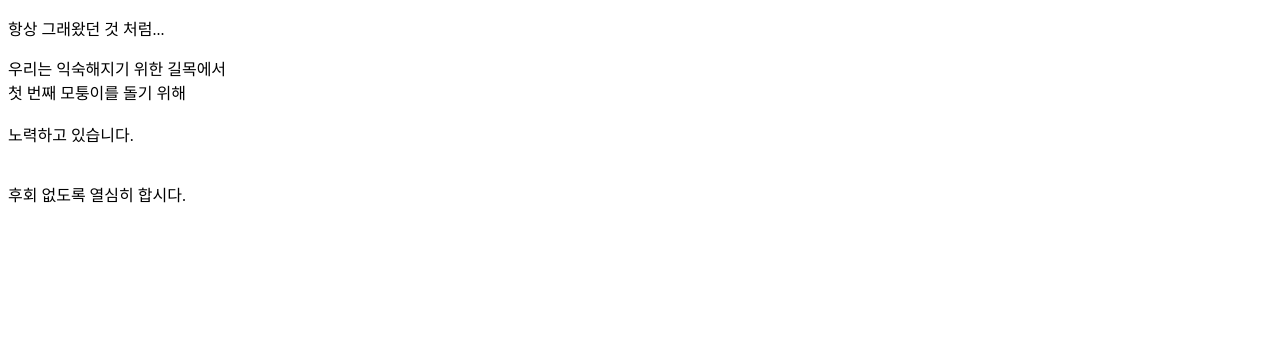
Repository: yhj4130/WebStudy
Page: WebApp01/WebContent/Test001.html
These files come from the project's save history. The page is drawn as it stood at one moment and after the next save; the edit follows.
The browser window is 1280 px wide. The pictures show the whole page.

Above is the page before, as saved 2019-04-29 07:05:30.

After the next save:
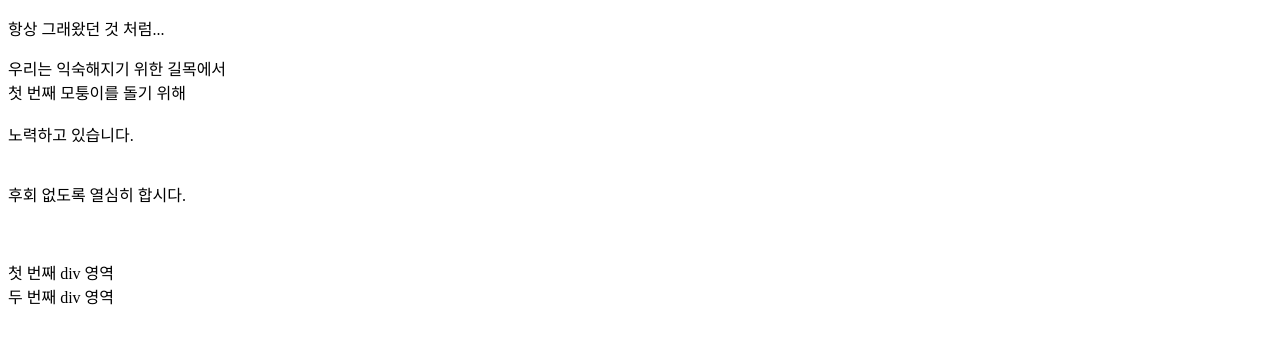
Saved 114 s later.
--- a/WebApp01/WebContent/Test001.html
+++ b/WebApp01/WebContent/Test001.html
@@ -14,5 +14,13 @@
 후회 없도록 열심히 합시다.<br><br><br><br>
 
 <!-- 주석문으로 처리할 내용 -->
+
+<!-- 영역 구성 -->
+<div>
+	첫 번째 div 영역
+</div>
+<div>
+	두 번째 div 영역
+</div>
 </body>
 </html>
